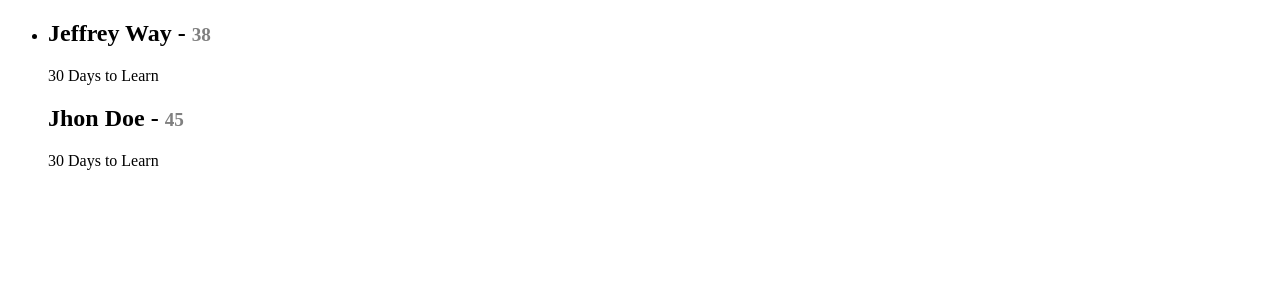
Repository: nema38/30DaysTrainning
Page: 30Days19_Say_Hello_To_Handlebars/index.html
These files come from the project's save history. The page is drawn as it stood at one moment and after the next save; the edit follows.
The browser window is 1280 px wide. The pictures show the whole page.
Some web libraries are served in a nearby version.

Above is the page before, as saved 2014-04-28 19:20:00.

### 30Days19_Say_Hello_To_Handlebars/index.html
<!DOCTYPE html>
<html>

	<head>
		<meta charset=utf-8>
		<title>Mustache</title>

		<style>
			h2 span { color: gray; font-size: .8em;}
		</style>
	</head>

	<body>
		<ul class="tweets">
			<script id="template" type="text/x-handlebars-template">
				<li>
					{{#each this}}
					<h2>{{author}} {{#if age}}- <span>{{age}}</span> {{/if}}</h2>
					<p>{{tweet}}</p>
					{{/each}}
				</li>
			</script>
		</ul>

		<script src="http://ajax.googleapis.com/ajax/libs/jquery/1.11.0/jquery.min.js"
		></script>

		<script src="handlebars-v1.3.0.js"
		></script>

		<script>
			(function() {
				var data = [
				{
					author: 'Jeffrey Way',
					tweet: '30 Days to Learn',
					age: 38
				},
				{
					author: 'Jhon Doe',
					tweet: '30 Days to Learn',
					age: 45
				}
				];

				var template = Handlebars.compile($('#template').html());
				$('ul.tweets').append(template(data));

			})();
		</script>

	</body>

</html>

Loaded but not shown: 30Days19_Say_Hello_To_Handlebars/handlebars-v1.3.0.js (2746 lines, source omitted)

After the next save:
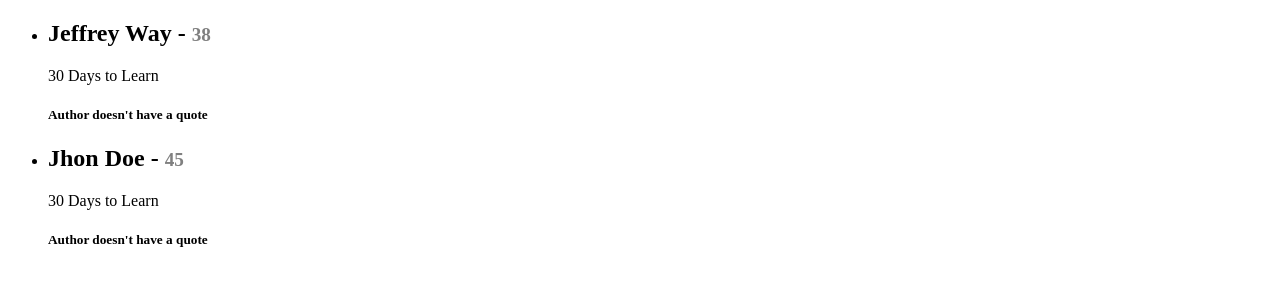
Saved 2 min 35 s later.
--- a/30Days19_Say_Hello_To_Handlebars/index.html
+++ b/30Days19_Say_Hello_To_Handlebars/index.html
@@ -13,12 +13,17 @@
 	<body>
 		<ul class="tweets">
 			<script id="template" type="text/x-handlebars-template">
-				<li>
-					{{#each this}}
-					<h2>{{author}} {{#if age}}- <span>{{age}}</span> {{/if}}</h2>
-					<p>{{tweet}}</p>
-					{{/each}}
-				</li>
+				{{#each this}}
+					<li>
+
+						<h2>{{author}} {{#if age}}- <span>{{age}}</span> {{/if}}</h2>
+						<p>{{tweet}}</p>
+						{{#unless quote}}
+							<h5>Author doesn't have a quote</h5>
+						{{/unless}}
+
+					</li>
+				{{/each}}
 			</script>
 		</ul>
 
